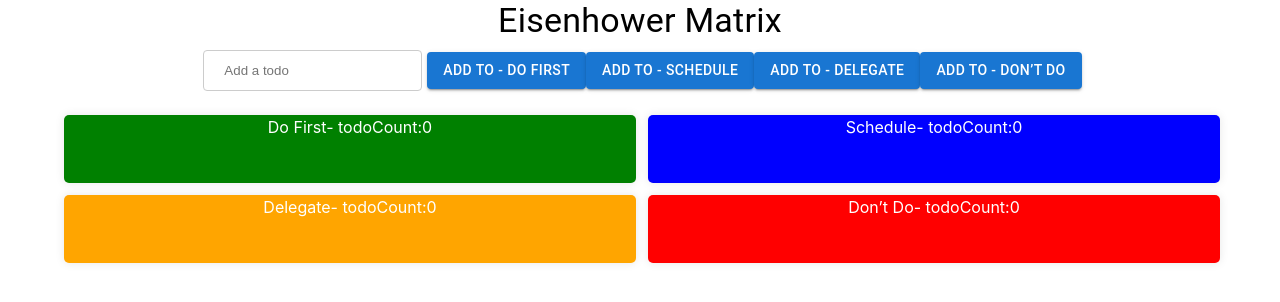
Repository: GokulDev4U/Krixi_react_assignment
Page: /
The author's editor kept a copy of each file at every save. The page is drawn from the files as they stood at one save, then again after a run of saves.
The browser window is 1280 px wide. The pictures show the whole page.
The project was rebuilt for these pictures with package versions that can differ from the ones it lists, and the page was loaded fresh each time.

Above is the page before, as saved 2022-04-05 13:56:49.

After the next 2 saves:
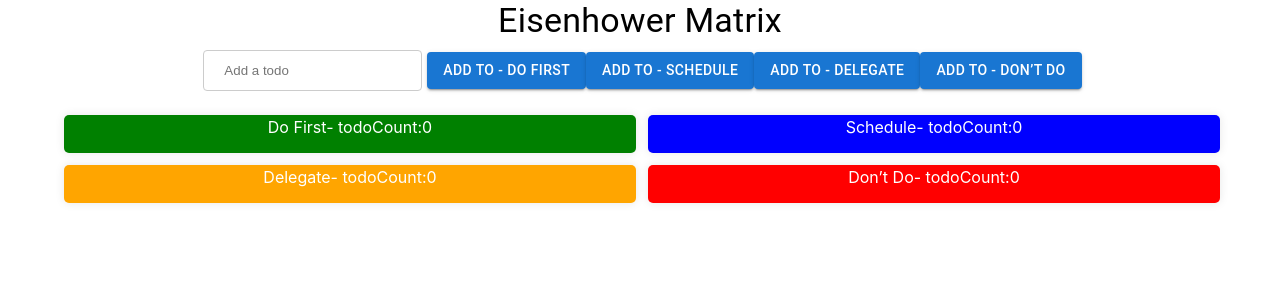
The 2 saves are shown as one change because they came seconds apart.
The last was saved 72 s later.
--- a/src/Components/card/Card.css
+++ b/src/Components/card/Card.css
@@ -12,12 +12,12 @@
     display: flex;
     flex-direction: column;
     justify-content: space-around;
+    margin: 5px 0px;
  }
  .card-content-item{
       width: 100%;
       height: 100%;
       background-color: rgb(187, 231, 202);
       border-radius: 5px;
-      margin: 5px 0px;
       /* border: 1px solid black; */
  }
